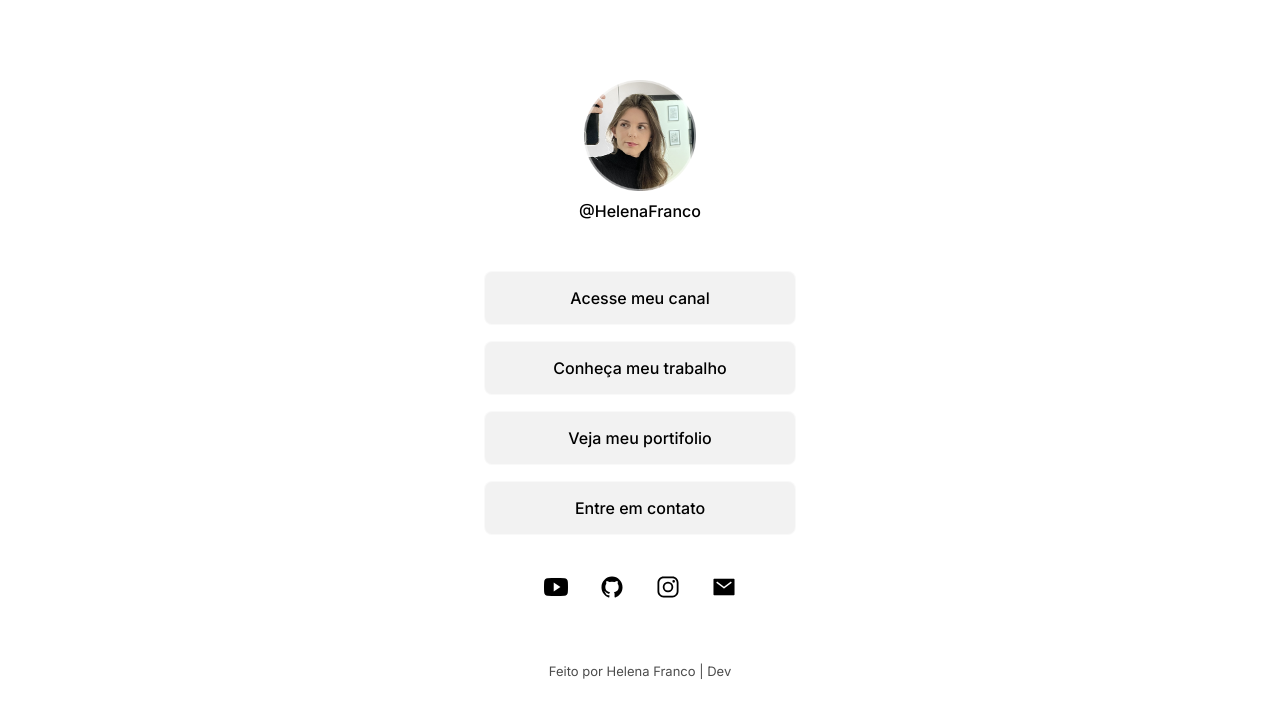
Repository: Fr4nc021/Pagina-de-links-
Page: index.html
The author's editor kept a copy of each file at every save. The page is drawn from the files as they stood at one save, then again after the next save.
The browser window is 1280 px wide. The pictures show the whole page.

Above is the page before, as saved 2025-02-13 21:08:52.

### index.html
<!DOCTYPE html>
<html lang="pt-br" class="light">
<head>
    <link rel="preconnect" href="https://fonts.googleapis.com">
    <link rel="preconnect" href="https://fonts.gstatic.com" crossorigin>
    <link href="https://fonts.googleapis.com/css2?family=Inter:ital,opsz,wght@0,14..32,100..900;1,14..32,100..900&display=swap" rel="stylesheet">
    <meta charset="UTF-8">
    <meta name="viewport" content="width=device-width, initial-scale=1.0">
    <title>DevLinks</title>
    <link rel="stylesheet" href="style.css">
</head>
<body>
    <div id="container">
    <div id="profile">
    <img
        src="./assets/avatar.png"
        alt="Foto da Helena Franco sorrindo">
        <p>@HelenaFranco</p>
    </div>
    <div>
        <ul>
            <li>
                <a href="#" target="_blank">Acesse meu canal</a>
            </li>
            <li>
                <a href="#" target="_blank">Conheça meu trabalho</a>
            </li>
            <li>
                <a href="#" target="_blank">Veja meu portifolio</a>
            </li>
            <li>
                <a href="#" target="_blank">Entre em contato</a>
            </li>
        </ul>
    </div>
        <div id="social-links">
            <a href="https://www.youtube.com/@FR4NC021" target="_blank">
            <ion-icon name="logo-youtube"></ion-icon></a>

            <a href="https://github.com/Fr4nc021" target="_blank">
            <ion-icon name="logo-github"></ion-icon></a>

            <a href="https://www.instagram.com/h.franco__/" target="_blank">
            <ion-icon name="logo-instagram"></ion-icon></a>

            <a href="https://w.app/doczx7" target="_blank">
            <ion-icon name="mail-sharp"></ion-icon></a>
        </div>

        <footer>
            Feito por Helena Franco | Dev
        </footer>
    </div>
    <script
    type="module"
    src="https://unpkg.com/ionicons@7.1.0/dist/ionicons/ionicons.esm.js" ></script>
<script
nomodule
src = "https://unpkg.com/ionicons@7.1.0/dist/ionicons/ionicons.js" ></script>
</body>
</html>

### style.css
* {
    margin: 0%;
    padding: 0%;
    box-sizing: border-box;
}

:root {
    --text-color: white;
    --bg-url: url(./assets/bg-mobile.jpg);
    --strock-color: rgba(255, 255, 255, 0.5);
    --surface-color: rgba(255, 255, 255, 0.1);
}

.light {
    --text-color: black;
    --bg-url: url(./assets/bg-mobile-light.jpg)
    --strock-color: rgba(0, 0, 0, 0.5);
    --surface-color: rgba(0, 0, 0, 0.05);

}

body {
background: --var(--bg-url) no-repeat top center/cover;
}

body * {
        font-family: "Inter", sans-serif;
        color: var(--text-color);
    }

#container {
    width: 360px;
    margin: 56px auto 0px;
    padding: 0 24px;
}

#profile img {
    width: 112px;
    display: block;
    margin: auto;

}

#profile {
    text-align: center;
    padding: 24px;
}

#profile p {
    font-weight: 500;
    line-height: 24px;
    margin-top: 8px;
}

/* Links */

ul{
    list-style: none;
    display: flex;
    flex-direction: column;
    gap: 16px;

    padding: 24px 0;
}

ul li a {

        display: flex;
        align-items: center;
        justify-content: center;

        padding: 16px 24px;

        background: var(--surface-color);
        border: 1px solid var(--strock-color);
        border-radius: 8px;

        -webkit-backdrop-filter: blur(4px);
        backdrop-filter: blur(4px);

        text-decoration: none;
        font-weight: 500;

        transition: background 0.2s;
    }

    /* pseudo-selector */

    ul li a:hover {
        background: rgba(255, 255, 255, 0.05);
        border: 1.5px solid var(--text-color);
    }

    #social-links {
        display: flex;
        justify-content: center;

        margin-top: 24px 0;

        font-size:24px;
    }

    #social-links a {
        display: flex;
        align-items: center;
        justify-content: center;
        padding: 16px;

        transition: 0.2s;
        border-radius: 50%;
    }


    #social-links a:hover {
        background: rgba(255, 255, 255, 0.2);
    }

    footer {
        padding: 24px;
        text-align: center;
        margin-top: 24px;
        font-size: small;
        opacity: 0.7;

    }

After the next save:
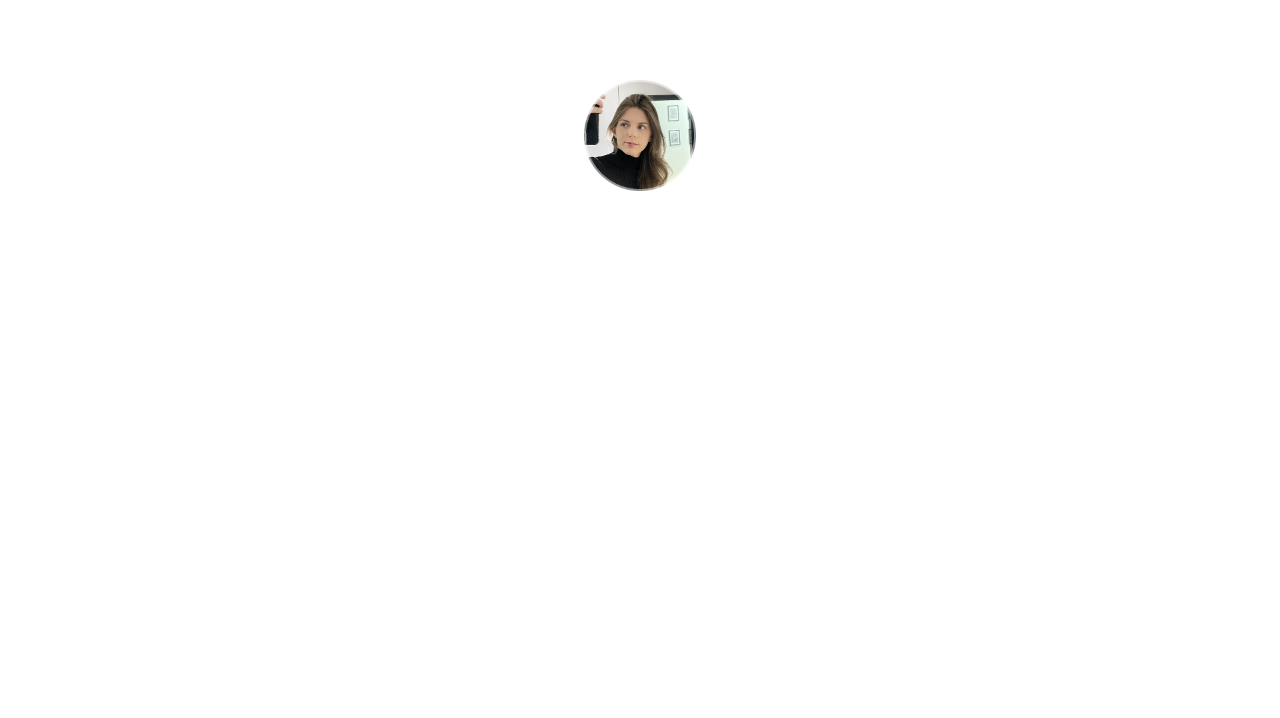
Saved 9 s later.
--- a/index.html
+++ b/index.html
@@ -1,5 +1,5 @@
 <!DOCTYPE html>
-<html lang="pt-br" class="light">
+<html lang="pt-br" class="">
 <head>
     <link rel="preconnect" href="https://fonts.googleapis.com">
     <link rel="preconnect" href="https://fonts.gstatic.com" crossorigin>

After the 2 saves that followed:
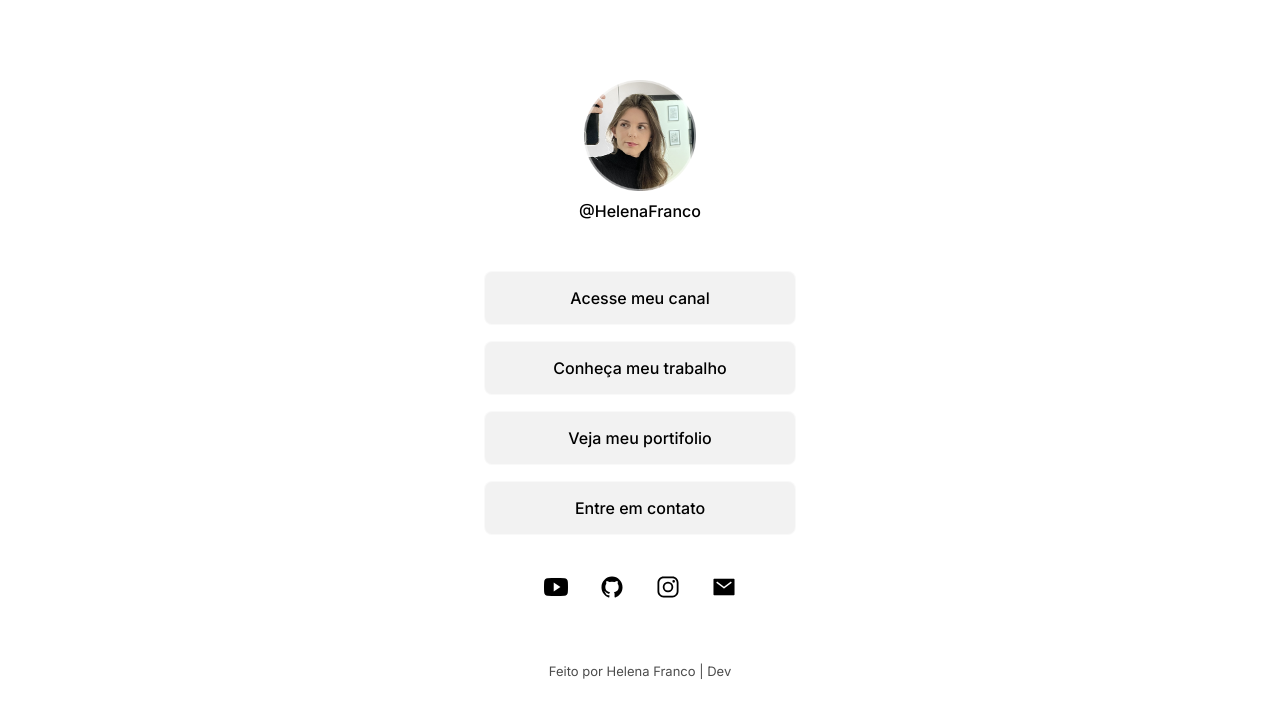
The 2 saves are shown as one change because 1 left the picture as it was.
The last was saved 25 s later.
--- a/index.html
+++ b/index.html
@@ -1,5 +1,5 @@
 <!DOCTYPE html>
-<html lang="pt-br" class="">
+<html lang="pt-br" class="light">
 <head>
     <link rel="preconnect" href="https://fonts.googleapis.com">
     <link rel="preconnect" href="https://fonts.gstatic.com" crossorigin>
